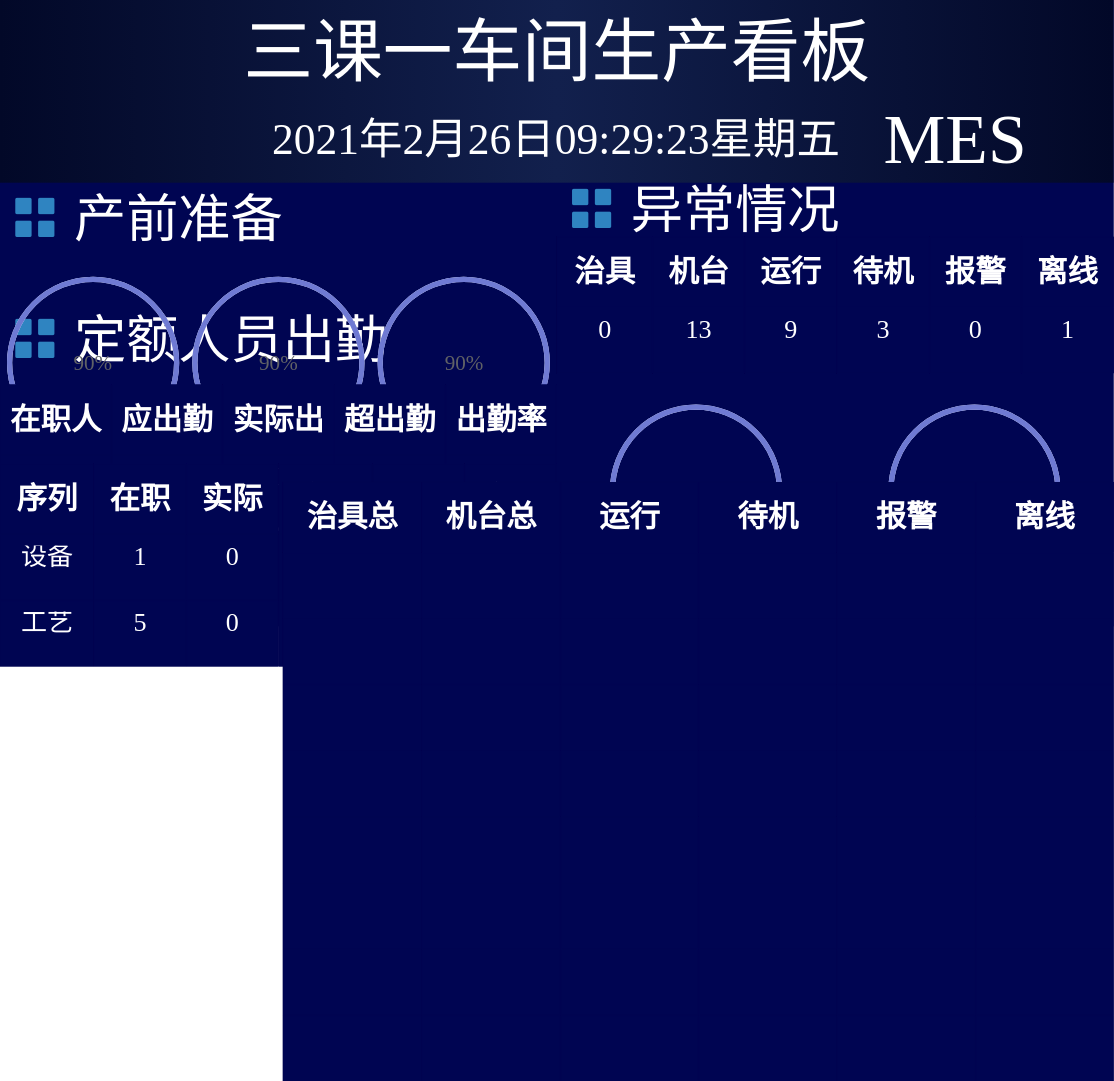
Repository: Bimbaloo/pv-view
Page: a.html
An editor plug-in stored every save of this project. The page is shown before and after the next save, followed by the edit.
The browser window is 1280 px wide. The pictures show the whole page, at 87% of full size.

Above is the page before, as saved 2021-05-14 15:24:43.
Console error: ReferenceError: echarts is not defined

### a.html
<!DOCTYPE html>
<html lang="zh-ch">

<head>
  <meta charset="UTF-8">
  <meta http-equiv="X-UA-Compatible" content="IE=edge">
  <meta name="viewport"
    content="width=device-width, initial-scale=1.0, minimum-scale=1.0, maximum-scale=1.0, user-scalable=no" />
  <script src="echarts.common.js"></script>
  <script src="vue.js"></script>
  <script src="element-ui/index.js"></script>
  <link rel="stylesheet" href="element-ui/theme-chalk/index.css">
  <link rel="stylesheet" href="reset.css">
  <link rel="stylesheet" href="base.css">
  <title>车间看板</title>
</head>

<body>
  <div id="app">
    <!-- 抬头 -->
    <div class="title-box">
      <div class="title">三课一车间生产看板</div>
      <div class="message" style="display: flex;">
        <div class="time">2021年2月26日09:29:23星期五</div>
        <div class="name">MES</div>
      </div>

    </div>
    <!-- 生产 -->
    <div class="Production">
      <div class="ready">
        <div class="designation">
          <i class="el-icon-menu"></i>
          <span>产前准备</span>
        </div>
        <div class="progress-boxs">
          <div class="progress-box">
            <el-progress type="dashboard" :percentage="percentage" :color="colors" :width='width'></el-progress>
            <span>设备点击率</span>
          </div>

          <div class="progress-box">
            <el-progress type="dashboard" :percentage="percentage" :color="colors" :width='width'></el-progress>
            <span>清洁度OK率</span>
          </div>
          <div class="progress-box">
            <el-progress type="dashboard" :percentage="percentage" :color="colors" :width='width'></el-progress>
            <span>物料齐率</span>
          </div>
        </div>


      </div>
      <!-- 出勤 -->
      <div class="chuqing">
        <div class="designation">
          <i class="el-icon-menu"></i>
          <span>定额人员出勤</span>
        </div>
        <div class="table-message">
          <el-table ref="table" :data="tableData.data" style="width: 100%;margin-top: 20px;">
            <el-table-column v-for="col in columns" :key="col.prop" :label="col.label" :prop="col.prop"
              :class-name="col.class" align='center'>
            </el-table-column>
          </el-table>
        </div>

      </div>
      <!-- 非定额出勤 -->
      <div class="feichuqing">
        <div class="designation">
          <i class="el-icon-menu"></i>
          <span>非定额人员出勤</span>
        </div>
        <div class="table-message" style="display: flex;">
          <el-table ref="table2" :data="tableData.data2" style="width: 45%;margin-top: 20px;">
            <el-table-column v-for="col in columns2" :key="col.prop" :label="col.label" :prop="col.prop"
              :class-name="col.class" align='center'>
            </el-table-column>
          </el-table>
          <el-table ref="table2" :data="tableData.data2" style="width: 45%;margin-top: 20px;">
            <el-table-column v-for="col in columns2" :key="col.prop" :label="col.label" :prop="col.prop"
              :class-name="col.class" align='center'>
            </el-table-column>
          </el-table>
        </div>
      </div>
    </div>
    <!-- 异常 -->
    <div class="abnormal">
      <div class="designation">
        <i class="el-icon-menu"></i>
        <span>异常情况</span>
      </div>
      <div class="table-message">
        <el-table ref="table4" :data="tableData.data4" style="width: 100%">
          <el-table-column v-for="col in columns4" :key="col.prop" :label="col.label" :prop="col.prop"
            :class-name="col.class" align='center'>
          </el-table-column>
        </el-table>
      </div>
      <div class="progress-boxs">
        <div class="progress-box">
          <el-progress type="dashboard" :percentage="percentage" :color="colors" :width='width'></el-progress>
          <span>设备点击率</span>
        </div>

        <div class="progress-box">
          <el-progress type="dashboard" :percentage="percentage" :color="colors" :width='width'></el-progress>
          <span>清洁度OK率</span>
        </div>
      </div>
      <div class="progress-boxs2">
        <div class="progress-box2">
          <div class="progress-message">
            治具损坏率
          </div>
          <el-progress :stroke-width="50" :percentage="90"></el-progress>
        </div>
        <div class="progress-box2">
          <div class="progress-message">
            OQC批退率
          </div>
          <el-progress :stroke-width="50" :percentage="20"></el-progress>
        </div>
      </div>

    </div>
    <!-- 进度 -->
    <div class="progress">
      <div class="designation">
        <i class="el-icon-menu"></i>
        <span>生产进度</span>
      </div>

      <div id="container" style="height: 80%"></div>
      <el-table ref="table5" :data="tableData.data5" style="width: 100%">
        <el-table-column v-for="col in columns4" :key="col.prop" :label="col.label" :prop="col.prop"
          :class-name="col.class" align='center'>
        </el-table-column>
      </el-table>

    </div>

  </div>
  <script src="base.js"></script>
</body>

</html>

### reset.css
/**
 * Eric Meyer's Reset CSS v2.0 (http://meyerweb.com/eric/tools/css/reset/)
 * http://cssreset.com
 */

html,
body,
div,
span,
applet,
object,
iframe,
h1,
h2,
h3,
h4,
h5,
h6,
p,
blockquote,
pre,
a,
abbr,
acronym,
address,
big,
cite,
code,
del,
dfn,
em,
img,
ins,
kbd,
q,
s,
samp,
small,
strike,
strong,
sub,
sup,
tt,
var,
b,
u,
i,
center,
dl,
dt,
dd,
ol,
ul,
li,
fieldset,
form,
label,
legend,
table,
caption,
tbody,
tfoot,
thead,
tr,
th,
td,
article,
aside,
canvas,
details,
embed,
figure,
figcaption,
footer,
header,
menu,
nav,
output,
ruby,
section,
summary,
time,
mark,
audio,
video,
input {
  margin: 0;
  padding: 0;
  border: 0;
  font-family: "微软雅黑";
  font-size: 100%;
  font-weight: normal;
  vertical-align: baseline;
}

.divider {
  height: 16px;
  width: 100%;
  background: #f3f5f7;
  border-top: 1px solid rgba(7, 17, 27, 0.1);
  border-bottom: 1px solid rgba(7, 17, 27, 0.1);
}

.clear:after {
  content: "\20";
  height: 0;
  display: block;
  clear: both;
}

/* HTML5 display-role reset for older browsers */

article,
aside,
details,
figcaption,
figure,
footer,
header,
menu,
nav,
section {
  display: block;
}

body {
  line-height: 1;
}

blockquote,
q {
  quotes: none;
}

blockquote:before,
blockquote:after,
q:before,
q:after {
  content: none;
}

table {
  border-collapse: collapse;
  border-spacing: 0;
}

/* custom */

a {
  color: #7e8c8d;
  text-decoration: none;
  -webkit-backface-visibility: hidden;
}

li {
  list-style: none;
}

/* 表格下载。 */
.tableClone {
  position: absolute;
  z-index: -1;
}

::-webkit-scrollbar {
  width: 10px;
  height: 10px;
}

::-webkit-scrollbar-track-piece {
  /* background-color: #979ba1; */
  background-color: #bfc1c2;
  -webkit-border-radius: 4px;
}

::-webkit-scrollbar-thumb:vertical {
  height: 10px;
  /*  background-color: #56565C; */
  background-color: #8c8c92;
  -webkit-border-radius: 4px;
}

::-webkit-scrollbar-thumb:horizontal {
  width: 10px;
  /*  background-color: #56565C; */
  background-color: #8c8c92;
  -webkit-border-radius: 4px;
}

html,
body {
  width: 100%;
  height: 100%;
}

body {
  -webkit-text-size-adjust: none;
  -webkit-tap-highlight-color: rgba(0, 0, 0, 0);
}

### base.css
#app {
  background-color: hsl(236deg 100% 16%);
  display: flex;
  flex-direction: row;
  flex-flow: wrap;
  height: 100%;
}

.title-box {
  height: 210px;
  background-image: linear-gradient(to right, #020828, #12204d, #020828);
  width: 100%;

}

.title,
.time,
.name {
  color: #fff;
}

.message {
  display: flex;
  align-items: center;
  justify-content: flex-end;
  margin-right: 100px;
}

.title {
  font-size: 80px;
  width: 100%;
  display: flex;
  justify-content: center;
  align-items: center;
  line-height: 120px;
  height: 120px;
}

.time {
  font-size: 50px;
}

.name {
  font-size: 80px;
  margin-left: 50px;
}


/* 生产 */
.Production {
  height: 45%;
  width: 50%;
  box-sizing: border-box;

}

/* 异常 */
.abnormal {
  height: 45%;
  width: 50%;
  box-sizing: border-box;
}

.progress {
  width: 100%;
  height: 45%;
}


.ready {
  padding-top: 10px;
  height: 40%
}

.designation {
  color: #fff;
  font-size: 60px;
}

.el-icon-menu {
  color: #2F84C1;
  margin-left: 10px;
}

.chuqing {
  padding-top: 10px;
  height: 25%;
}
.feichuqing {
  padding-top: 10px;
  height: 35%;
}


.table-message td,th{
  background-color: hsl(236deg 100% 16%) !important;
  border: 1px solid hsl(236deg 100% 16%);
}

.el-table td, .el-table th.is-leaf {
  border: 1px solid hsl(236deg 100% 16%);
}

.el-table th, .el-table tr {
  background-color: hsl(236deg 100% 16%) !important;
}

.el-table {
  color: #fff;
  font-weight: bold;
  font-size: 30px;
}

.el-table, .el-table__expanded-cell {
  background-color: hsl(236deg 100% 16%) !important;
}
.el-table th>.cell {
  height: 55px;
  color: #fff;
  font-weight: bold;
  font-size: 35px;
  line-height: 55px;
}
.el-table td>.cell {
  height: 50px;
  color: #fff;
  font-size: 30px;
}


.abnormal {

}
.progress-boxs {
  display: flex;
  justify-content: space-around;
  margin-top: 35px;
}
.progress-box span{
  color: #fff;
  font-weight: bold;
  font-size: 30px;
}

.progress-box {
  display: flex;
    flex-direction: column;
    align-items: center;
}
.progress-boxs2 {
 margin-top: 150px;
}

.progress-box2 {
  display: flex;
  justify-content: space-evenly;
  margin-top: 60px;
  margin-bottom: 60px;
}
.progress-box2  .el-progress {
  width: 80%;
  display: flex;
}

.progress-message {
  color: #fff;
  font-weight: bold;
  font-size: 30px;
}
.progress {
  padding-top: 20px;
}

.el-table::before {
  height :0
}


.progress {
  display: flex;
    flex-direction: row;
    flex-wrap: wrap;
}

### base.js
var Main = new Vue({
  el: '#app',
  name: app,
  data: {
    tableData: {
      columns: [{
        label: '在职人员',
        prop: 'printer',
        align: 'center',
        showHead: true
      },
      {
        label: '应出勤',
        prop: 'tasksNum',
        align: 'center',
        showHead: true
      },
      {
        label: '实际出勤',
        prop: 'status',
        align: 'center',
        showHead: true
      },
      {
        label: '超出勤',
        prop: 'lastTime',
        align: 'center',
        showHead: true
      },
      {
        label: '出勤率',
        prop: 'equipment',
        align: 'center',
        class: 'red',
        showHead: true
      }
      ],
      data: [{
        tasksNum: '1',
        printer: '0',
        status: '0',
        lastTime: '0',
        equipment: 0
      }],
      columns2: [{
        label: '序列',
        prop: 'order',
        align: 'center',
      }, {
        label: '在职人数',
        prop: 'num',
        align: 'center',
      }, {
        label: '实际出勤',
        prop: 'realistic',
        align: 'center',
      }],
      data2: [{
        order: '设备',
        num: '1',
        realistic: '0'
      }, {
        order: '工艺',
        num: '5',
        realistic: '0'
      },],
      data3: [{
        order: '品质',
        num: '0',
        realistic: '0'
      },
      {
        order: '制造',
        num: '6',
        realistic: '0'
      }
      ],
      columns4: [{
        label: '治具总数',
        prop: 'order',
        align: 'center',
      }, {
        label: '机台总数',
        prop: 'num',
        align: 'center',
      }, {
        label: '运行',
        prop: 'run',
        align: 'center',
      }, {
        label: '待机',
        prop: 'Standby',
        align: 'center',
      }, {
        label: '报警',
        prop: 'alarm',
        align: 'center',
      }, {
        label: '离线',
        prop: 'offline',
        align: 'center',
      }],
      data4: [{
        order: '0',
        num: '13',
        run: '9',
        Standby: '3',
        alarm: '0',
        offline: '1'
      }],
      columns5: [
        {
          label: '计划达成率',
          prop: 'Achievement',
          align: 'center',
        }, {
          label: '物料齐率',
          prop: 'material',
          align: 'center',
        }, {
          label: '实际UPH',
          prop: 'UPH',
          align: 'center',
        }
      ],
      data5: [{
        Achievement: '50%',
        material: '50%',
        UPH: 2000,
      }, {
        Achievement: '50%',
        material: '50%',
        UPH: 2000,
      }, {
        Achievement: '50%',
        material: '50%',
        UPH: 2000,
      }, {
        Achievement: '50%',
        material: '50%',
        UPH: 2000,
      }, {
        Achievement: '50%',
        material: '50%',
        UPH: 2000,
      }, {
        Achievement: '50%',
        material: '50%',
        UPH: 2000,
      }, {
        Achievement: '50%',
        material: '50%',
        UPH: 2000,
      }, {
        Achievement: '50%',
        material: '50%',
        UPH: 2000,
      }],
      height: 100,
    },
    colors: [{
      color: '#f56c6c',
      percentage: 20
    },
    {
      color: '#e6a23c',
      percentage: 40
    },
    {
      color: '#5cb87a',
      percentage: 60
    },
    {
      color: '#1989fa',
      percentage: 80
    },
    {
      color: '#6f7ad3',
      percentage: 100
    }
    ],
    percentage: 90,
    width: 200
  },
  computed: {
    columns() {
      return this.tableData.columns.filter((item) => {
        return item.showHead
      })
    },
    columns2() {
      return this.tableData.columns2
    },
    columns4() {
      return this.tableData.columns4
    },
    columns5() {
      return this.tableData.columns5
    },
    items() {
      return this.tableData.columns.filter((item) => {
        return !item.showHead
      })
    }
  },
  methods: {

  }
})

var dom = document.getElementById("container");
var myChart = echarts.init(dom);
var app = {};

var option;



option = {
  tooltip: {
    trigger: 'axis',
    axisPointer: {            // Use axis to trigger tooltip
      type: 'shadow'        // 'shadow' as default; can also be 'line' or 'shadow'
    }
  },
  legend: {
    data: ['Direct', 'Mail Ad', 'Affiliate Ad']
  },
  grid: {
    left: '3%',
    right: '4%',
    bottom: '3%',
    containLabel: true
  },
  xAxis: {
    type: 'value'
  },
  yAxis: {
    type: 'category',
    data: ['1#', '2#', '3#', '4#', '5#', '6#', '7#']
  },
  series: [
    {
      name: 'Direct',
      type: 'bar',
      stack: 'total',
      label: {
        show: true
      },
      emphasis: {
        focus: 'series'
      },
      data: [0, 20, 0, 0, 5, 15, 33]
    },
    {
      name: 'Mail Ad',
      type: 'bar',
      stack: 'total',
      label: {
        show: true
      },
      emphasis: {
        focus: 'series'
      },
      data: [0, 50, 30, 70, 25, 25, 33]
    },
    {
      name: 'Affiliate Ad',
      type: 'bar',
      stack: 'total',
      label: {
        show: true
      },
      emphasis: {
        focus: 'series'
      },
      data: [100, 30, 70, 30, 70, 60, 34]
    }


  ]
};

if (option && typeof option === 'object') {
  myChart.setOption(option);
}

Loaded but not shown: vue.js (library); element-ui/index.js (library); element-ui/theme-chalk/index.css (library); echarts.common.js (no copy from this time; the picture is the same without it)

After the next save:
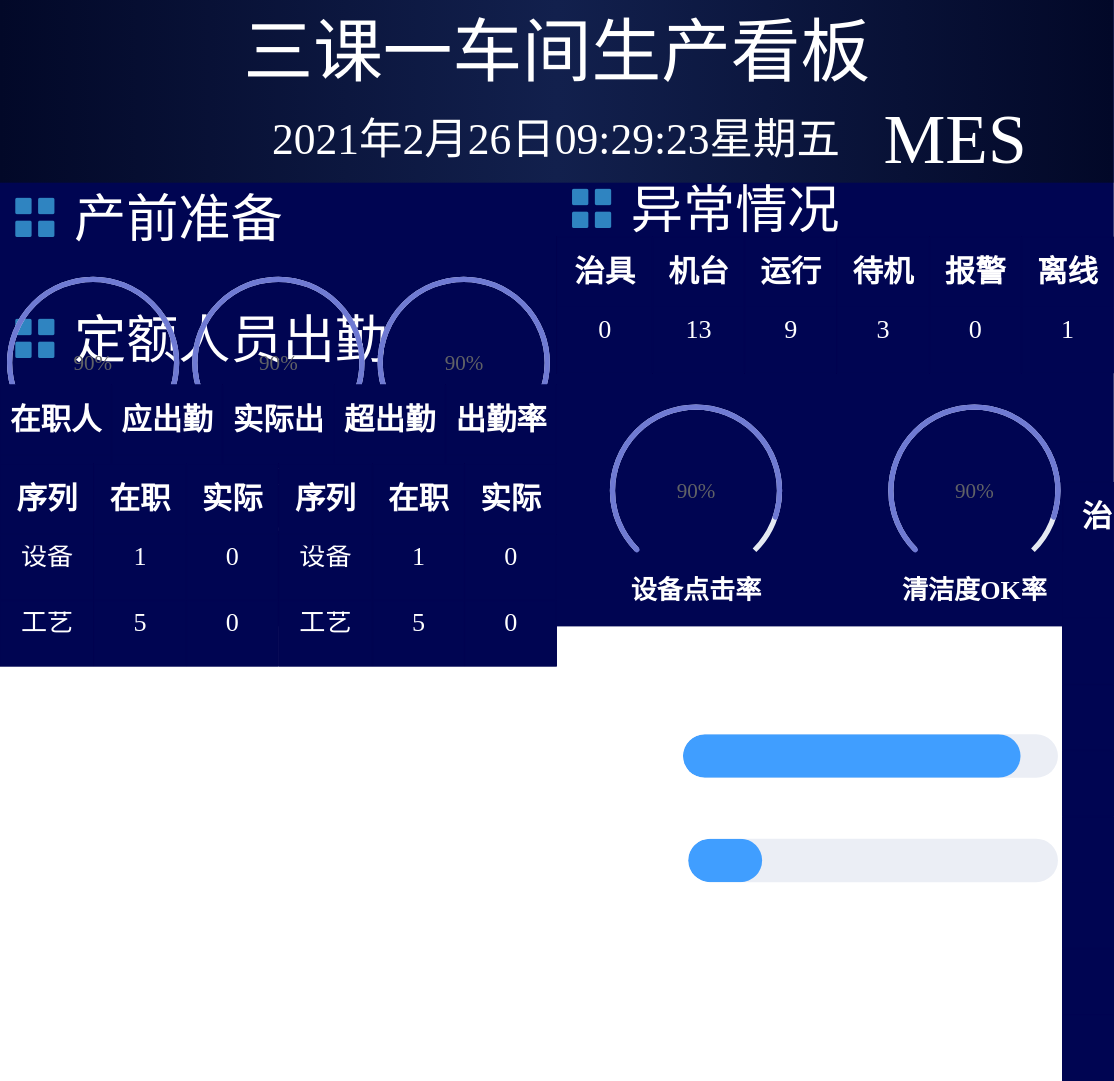
Saved 25 s later.
--- a/a.html
+++ b/a.html
@@ -133,7 +133,7 @@
         <span>生产进度</span>
       </div>
 
-      <div id="container" style="height: 80%"></div>
+      <div id="container" style="height: 80%;width: 70%;"></div>
       <el-table ref="table5" :data="tableData.data5" style="width: 100%">
         <el-table-column v-for="col in columns4" :key="col.prop" :label="col.label" :prop="col.prop"
           :class-name="col.class" align='center'>
